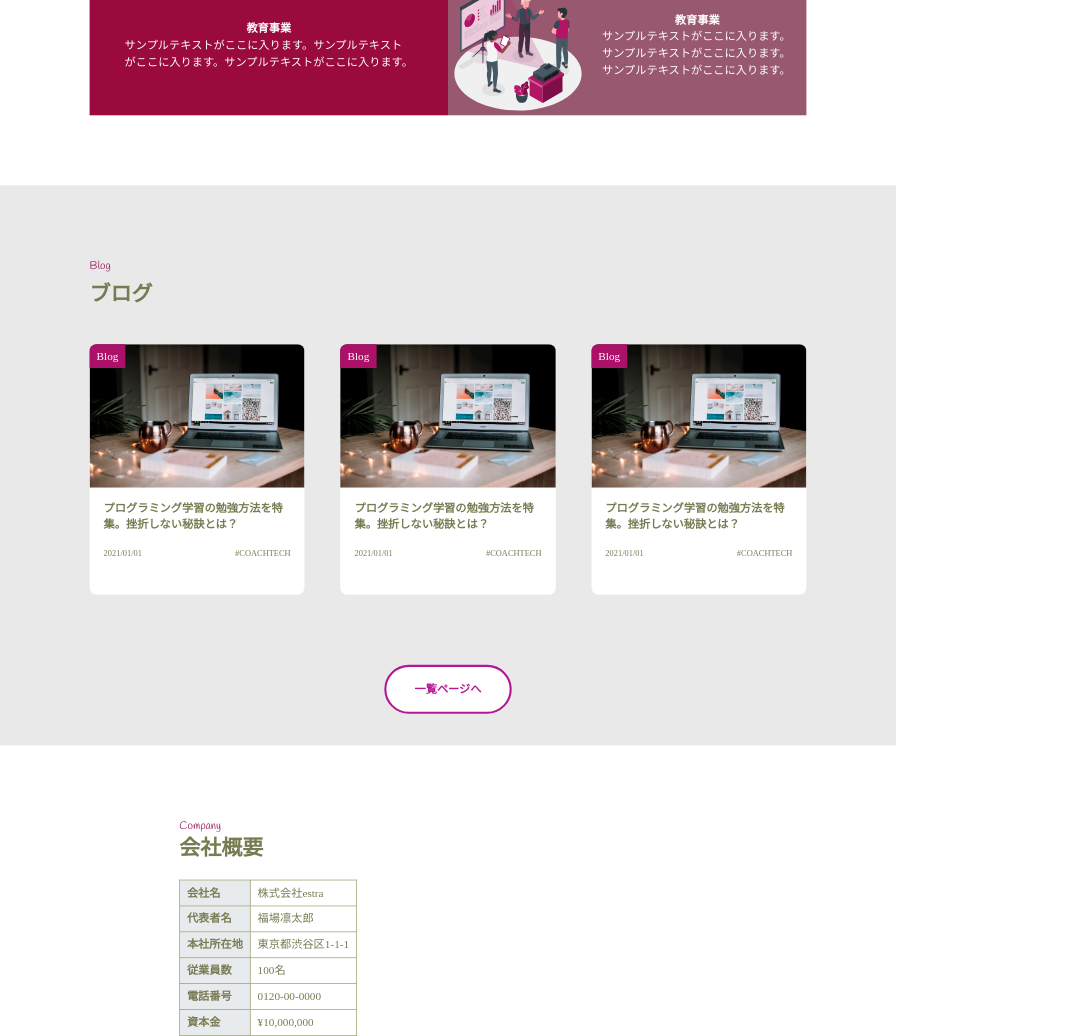
Repository: masanarimiura/20220504miura
Page: index.html
An editor plug-in stored every save of this project. The page is shown before and after a run of saves, followed by the edit.
The browser window is 1280 px wide. The page is 1536 px wide, so the pictures cover 1536 px, including what lies to the right of the window. The pictures show the part of the page from y = 2154 to 3754 px (the page is 3634 px tall before and 3754 px after), at 70% of full size.
Some web fonts or font styles are not loaded; a fallback is used.

Above is the page before, as saved 2022-05-05 01:01:59.

After the next 2 saves:
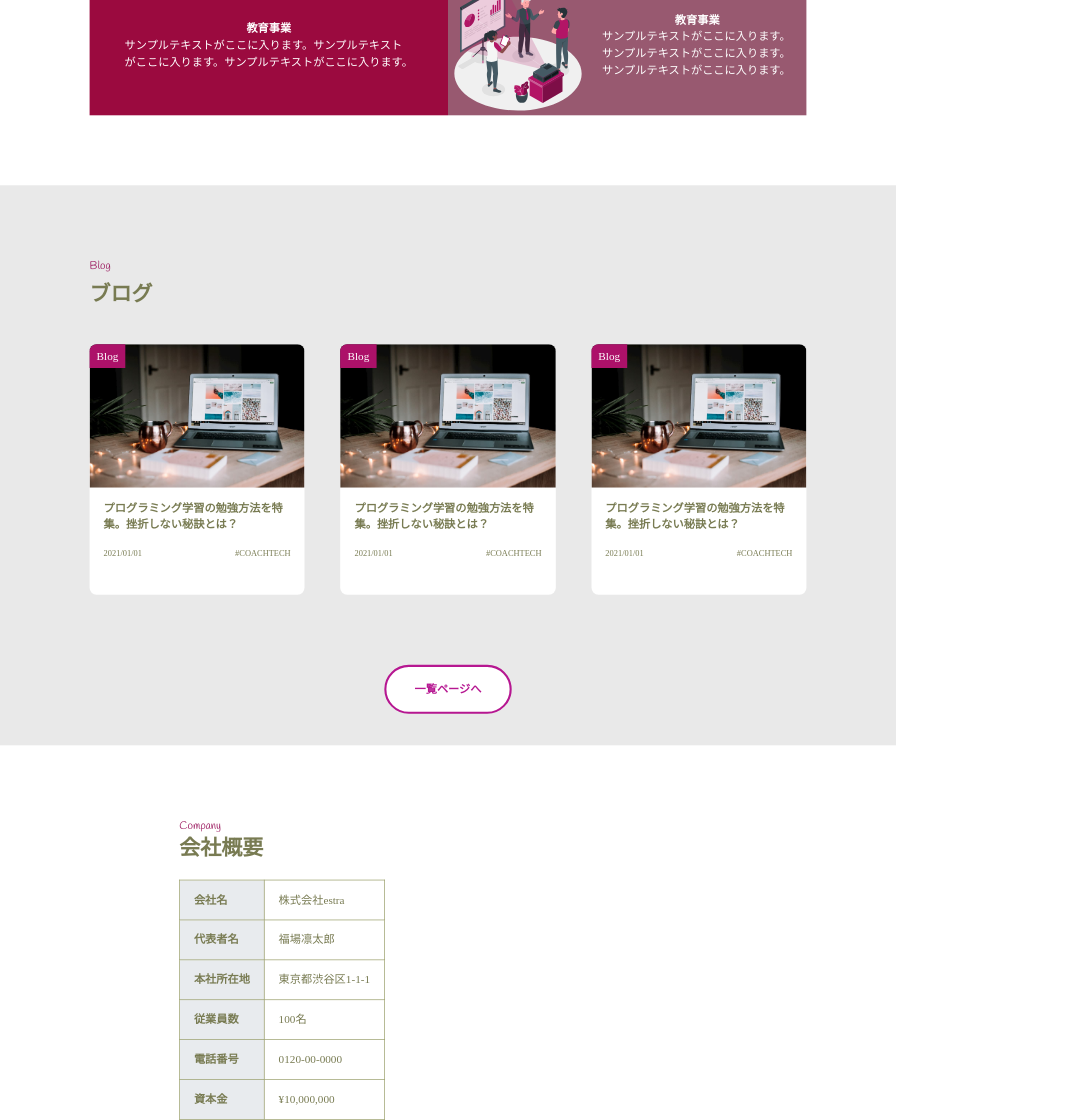
The 2 saves are shown as one change because they came seconds apart.
The last was saved 17 s later.
--- a/css/style.css
+++ b/css/style.css
@@ -274,11 +274,11 @@ a {
 }
 .company-tr th {
   background-color: rgb(232, 235, 238);
-  padding: 10px;
+  padding: 20px;
   text-align: left;
   border: 1px solid rgb(153, 158, 105);
 }
 .company-tr td {
-  padding: 10px;
+  padding: 20px;
   border: 1px solid rgb(153, 158, 105);
 }
